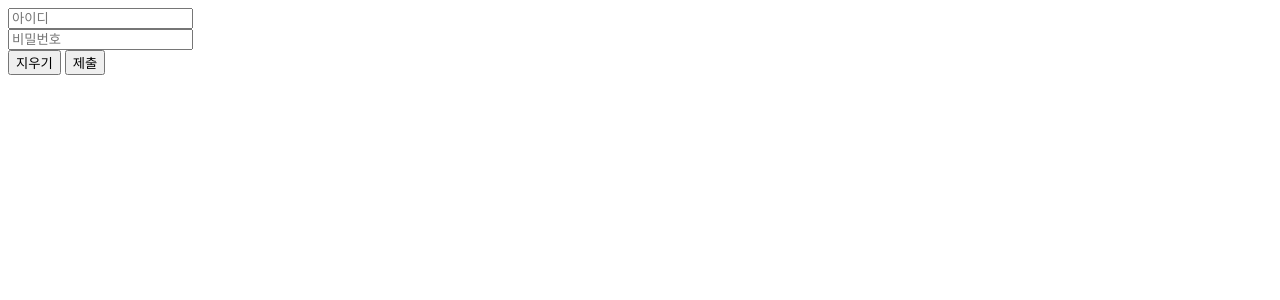
Repository: lee-ruru/jsp_practice
Page: http://localhost/JSPBasic/JspObject/1.requests/req_param_send.jsp
An editor plug-in stored every save of this project. The page is shown before and after the next save, followed by the edit.
The browser window is 1280 px wide. The pictures show the whole page.
The page is served by Tomcat 9.

Above is the page before, as saved 2022-02-03 05:25:26.

### JSPBasic/src/main/webapp/JspObject/1.requests/req_param_send.jsp
<%@ page language="java" contentType="text/html; charset=UTF-8"
    pageEncoding="UTF-8"%>
<!DOCTYPE html>
<html>
<head>
<meta charset="UTF-8">
<title>Insert title here</title>
</head>
<body>
	<%--아래에 form을 만들고 내부에 input 4개를 만들어주세요.
	input태그의 type속성은 하나는 text, 하나는 password
	name 속성은 하나는 apple. 하나는 banana로 해주세요.
	reset버튼과 submit버튼도 각각 하나씩 만들어주세요. --%>
		<form action="#" method="post">
		<input type="text" name="apple" placeholder="아이디" /><br/>
		<input type="password" name="banana" placeholder="비밀번호" /><br/>
		<input type="reset" value="지우기" />
		<input type="submit" value="제출" />
	</form>
</body>
</html>

After the next save:
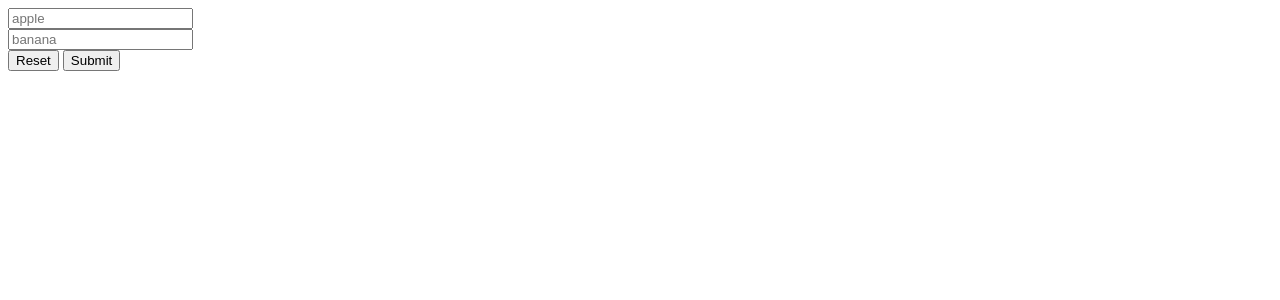
Saved 3 min 35 s later.
--- a/JSPBasic/src/main/webapp/JspObject/1.requests/req_param_send.jsp
+++ b/JSPBasic/src/main/webapp/JspObject/1.requests/req_param_send.jsp
@@ -11,11 +11,11 @@
 	input태그의 type속성은 하나는 text, 하나는 password
 	name 속성은 하나는 apple. 하나는 banana로 해주세요.
 	reset버튼과 submit버튼도 각각 하나씩 만들어주세요. --%>
-		<form action="#" method="post">
-		<input type="text" name="apple" placeholder="아이디" /><br/>
-		<input type="password" name="banana" placeholder="비밀번호" /><br/>
-		<input type="reset" value="지우기" />
-		<input type="submit" value="제출" />
+	<form>
+		<input type="text" name="apple" placeholder="apple" /><br/>
+		<input type="password" name="banana" placeholder="banana" /><br/>
+		<input type="reset" />
+		<input type="submit" />
 	</form>
 </body>
 </html>
